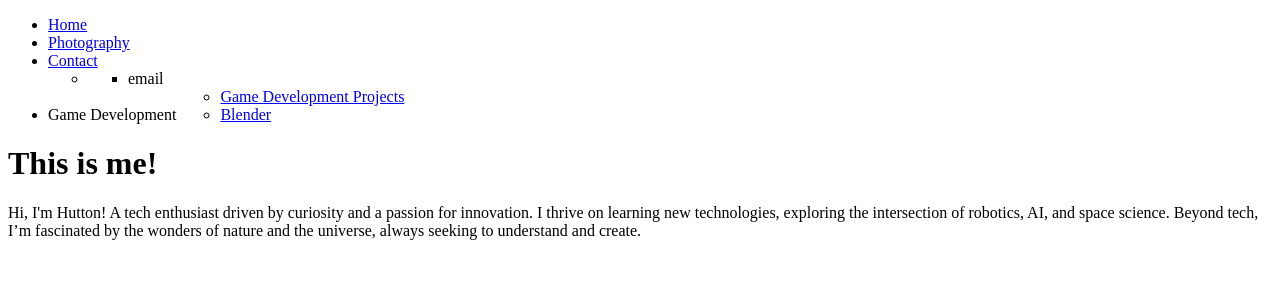
Repository: Argivist/ArgPortfolio
Page: index.html
An editor plug-in stored every save of this project. The page is shown before and after the next save, followed by the edit.
The browser window is 1280 px wide. The pictures show the whole page.

Above is the page before, as saved 2025-03-28 14:44:21.

After the next save:
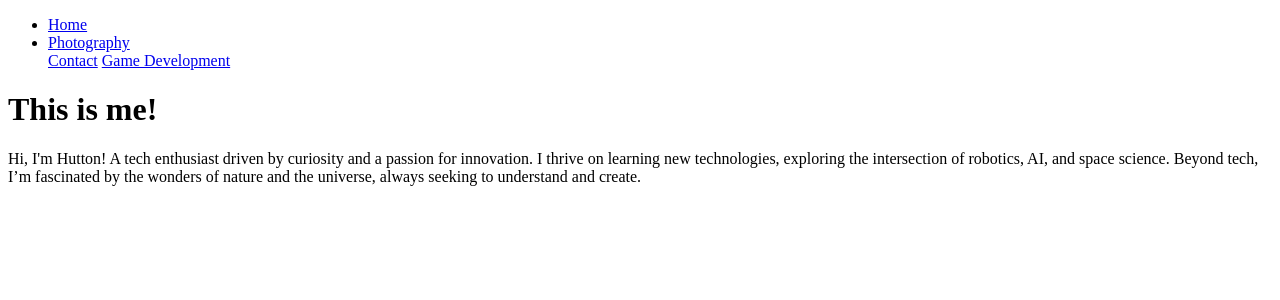
Saved 60 s later.
--- a/index.html
+++ b/index.html
@@ -14,33 +14,30 @@
     <nav>
         <ul>
             <li><a href="index.html">Home</a></li>
-            <li> <a href="https://www.instagram.com/theworldinoneseye/">Photography</a></li>
-            <!-- contact -->
-            <li><a href="contact.html">Contact</a></li>
-                <ul class="dropdown">
-                    <li class="dropdown-content"><a href="https://www.linkedin.com/in/hutton-amison-addy-7b1b3b1b1/">LinkedIn</a></li>
-                    <li class="dropdown-content"><a href="https://www.github.com/Argivist">GitHub</a></li>
-                    <li>
-                        <ul class="dropdown">
-                            <li >email</li>
-                            <li class="dropdown-content"><a href="mailto:hutton.amison@ashesi.edu.gh">mail</a></li>
-                            <li class="dropdown-content"><a href="mailto:huttonaaddy.public@gmail.com">mail</a></li>
-                        </ul>
-                    </li>
+            <li><a href="https://www.instagram.com/theworldinoneseye/">Photography</a></li>
+
+            <li class="dropdown">
+                <a href="contact.html">Contact</a>
+                <ul class="dropdown-content">
+                    <li><a href="https://www.linkedin.com/in/hutton-amison-addy-7b1b3b1b1/">LinkedIn</a></li>
+                    <li><a href="https://www.github.com/Argivist">GitHub</a></li>
+                    <li><a href="mailto:hutton.amison@ashesi.edu.gh">hutton.amison@ashesi.edu.gh</a></li>
+                    <li><a href="mailto:huttonaaddy.public@gmail.com">huttonaaddy.public@gmail.com</a></li>
                 </ul>
             </li>
-            <li>
-                Game Development
-                <ul class="dropdown">
+
+            <li class="dropdown">
+                <a href="#">Game Development</a>
+                <ul class="dropdown-content">
                     <li><a href="game/index.html">Game Development Projects</a></li>
                     <li><a href="blender/index.html">Blender</a></li>
                 </ul>
             </li>
-
         </ul>
     </nav>
+
     <div>
-        <h1> This is me!</h1>
+        <h1>This is me!</h1>
         <p class="desc">
             Hi, I'm Hutton! A tech enthusiast driven by curiosity and a passion for innovation. I thrive on learning new technologies, exploring the intersection of robotics, AI, and space science. Beyond tech, I’m fascinated by the wonders of nature and the universe, always seeking to understand and create.
         </p>
